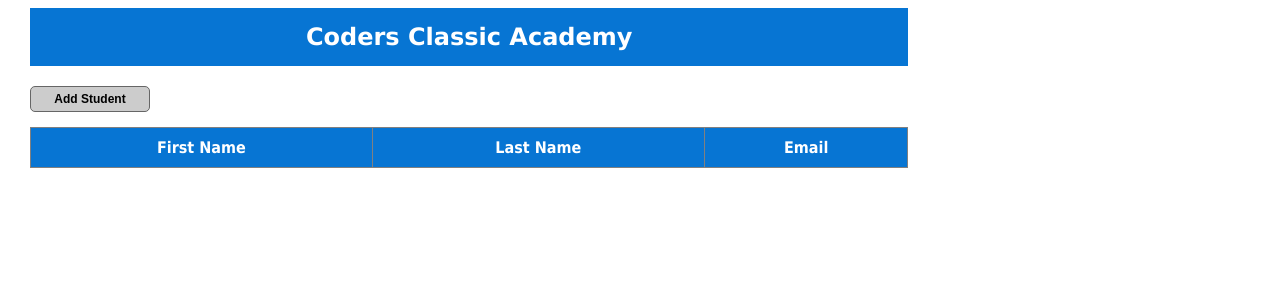
Repository: mangeshgayakwad2020/jsp_servlet
Page: http://localhost/StudentCrudDemo/StudentControllerServlet
The author's editor kept a copy of each file at every save. The page is drawn from the files as they stood at one save, then again after the next save.
The browser window is 1280 px wide. The pictures show the whole page.
The page is served by Tomcat 9. Other server files are loaded and not shown. Queries for data that is not in the repository find no rows.

Above is the page before, as saved 2019-08-22 17:13:15.

### StudentCrudDemo/WebContent/list-students.jsp
<%@ taglib uri="http://java.sun.com/jsp/jstl/core" prefix="c" %>

<html>

<head>
	<title>Student Crud Demo</title>
	<link type="text/css" rel="stylesheet" href="css/style.css">
</head>



<body>

	<div id="wrapper">
		<div id="header">
			<h2 align="center">Coders Classic Academy</h2>
		</div>
	</div>

	<div id="container">
		<div id="content">

			<!-- add new button : Add Student -->
			<input type="button" value="Add Student" onClick="window.location.href='add-student-form.jsp'; return false;"
			class="add-student-button" />

			<table border="1">
				<tr>
					<th>First Name</th>
					<th>Last Name</th>
					<th>Email</th>
				</tr>

				<c:forEach var="student" items="${students}">
					<tr>
						<td>${student.firstName}</td>
						<td>${student.lastName}</td>
						<td>${student.email}</td>
					</tr>
				</c:forEach>
			</table>
		</div>
	</div>
</body>

</html>

### StudentCrudDemo/src/com/greatdigitallab/web/jdbc/StudentControllerServlet.java
package com.greatdigitallab.web.jdbc;

import java.util.List;

import javax.annotation.Resource;
import javax.servlet.RequestDispatcher;
import javax.servlet.ServletException;
import javax.servlet.annotation.WebServlet;
import javax.servlet.http.HttpServlet;
import javax.servlet.http.HttpServletRequest;
import javax.servlet.http.HttpServletResponse;
import javax.sql.DataSource;

/**
 * Servlet implementation class StudentControllerServlet
 */
@WebServlet("/StudentControllerServlet")
public class StudentControllerServlet extends HttpServlet {
	private static final long serialVersionUID = 1L;

	private StudentDBUtil studentDbUtil;

	@Resource(name = "jdbc/student_crud_db")
	private DataSource dataSource;

	@Override
	public void init() throws ServletException {
		super.init();

		// create our student db util.. and pass in the conn pool / datasource
		try {
			studentDbUtil = new StudentDBUtil(dataSource);
		}catch(Exception exc) {
			throw new ServletException(exc);
		}
	}

	/**
	 * @throws ServletException
	 * @see HttpServlet#doGet(HttpServletRequest request, HttpServletResponse response)
	 */
	protected void doGet(HttpServletRequest request, HttpServletResponse response) throws ServletException {

		try {
			// read the "command" parameter
			String command = request.getParameter("command");

			// if the command is missing, then default to listing students
			if(command == null) {
				command = "LIST";
			}

			// route to appropriate method
			switch(command) {

			case "LIST":
				// List the student in MVC pattern
				listStudents(request, response);
				break;

			case "ADD":
				// Add the student in database
				addStudent(request, response);
				break;

			default:
				listStudents(request, response);
			}
		}catch (Exception e) {
			throw new ServletException(e);
		}

	}

	private void addStudent(HttpServletRequest request, HttpServletResponse response) throws Exception {

		// read the student info from the form data
		String firstName = request.getParameter("firstName");
		String lastName = request.getParameter("lastName");
		String email = request.getParameter("email");

		// create a new student object
		Student student = new Student(firstName, lastName, email);

		// add the student to the database
		studentDbUtil.addStudent(student);

		// send back to main page (the student list)
		listStudents(request, response);
	}

	private void listStudents(HttpServletRequest request, HttpServletResponse response) throws Exception {

		// get students from DB util
		List<Student> students = studentDbUtil.getStudents();

		// add students to the request
		request.setAttribute("students", students);

		// send to JSP page (view)
		RequestDispatcher dispatcher = request.getRequestDispatcher("/list-students.jsp");
		dispatcher.forward(request, response);
	}
}

### StudentCrudDemo/WebContent/css/style.css
html, body{
	margin-left:15px; margin-right:15px;
	padding:0px;
	font-family:Verdana, Arial, Helvetica, sans-serif;
}

table {
	border-collapse:collapse;
	border-bottom:1px solid gray;
	font-family: Tahoma,Verdana,Segoe,sans-serif;
	width:72%;
}

th {
	border-bottom:1px solid gray;
	background:none repeat scroll 0 0 #0775d3;
	padding:10px;
	color: #FFFFFF;
}

tr {
	border-top:1px solid gray;
	text-align:center;
}

tr:nth-child(even) {background: #FFFFFF}
tr:nth-child(odd) {background: #BBBBBB}

#wrapper {width: 100%; margin-top: 0px; }
#header {width: 72%; background: #0775d3; margin-top: 0px; padding:15px 0px 15px 0px;}
#header h2 {width: 100%; margin:auto; color: #FFFFFF;}
#container {width: 100%; margin:auto}
#container h3 {color: #000;}
#container #content {margin-top: 20px;}

.add-student-button {
	border: 1px solid #666;
	border-radius: 5px;
	padding: 4px;
	font-size: 12px;
	font-weight: bold;
	width: 120px;
	padding: 5px 10px;

	margin-bottom: 15px;
	background: #cccccc;
}

After the next save:
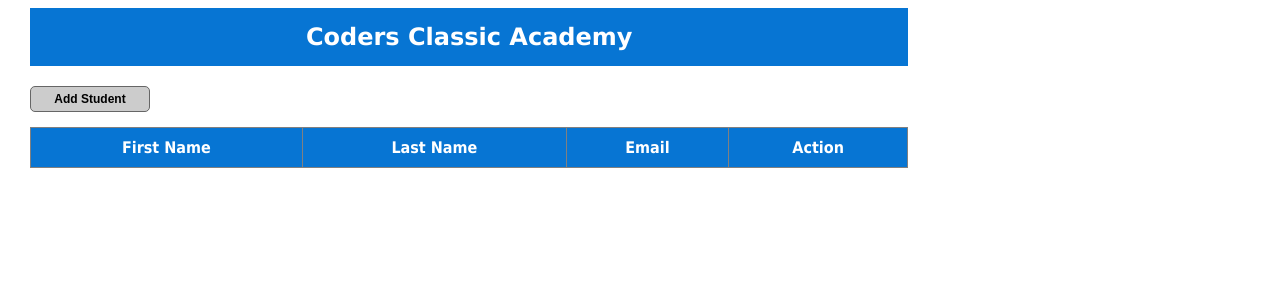
Saved 87 s later.
--- a/StudentCrudDemo/WebContent/list-students.jsp
+++ b/StudentCrudDemo/WebContent/list-students.jsp
@@ -29,6 +29,7 @@
 					<th>First Name</th>
 					<th>Last Name</th>
 					<th>Email</th>
+					<th>Action</th>
 				</tr>
 
 				<c:forEach var="student" items="${students}">
@@ -36,6 +37,7 @@
 						<td>${student.firstName}</td>
 						<td>${student.lastName}</td>
 						<td>${student.email}</td>
+						<td>TO DO</td>
 					</tr>
 				</c:forEach>
 			</table>
